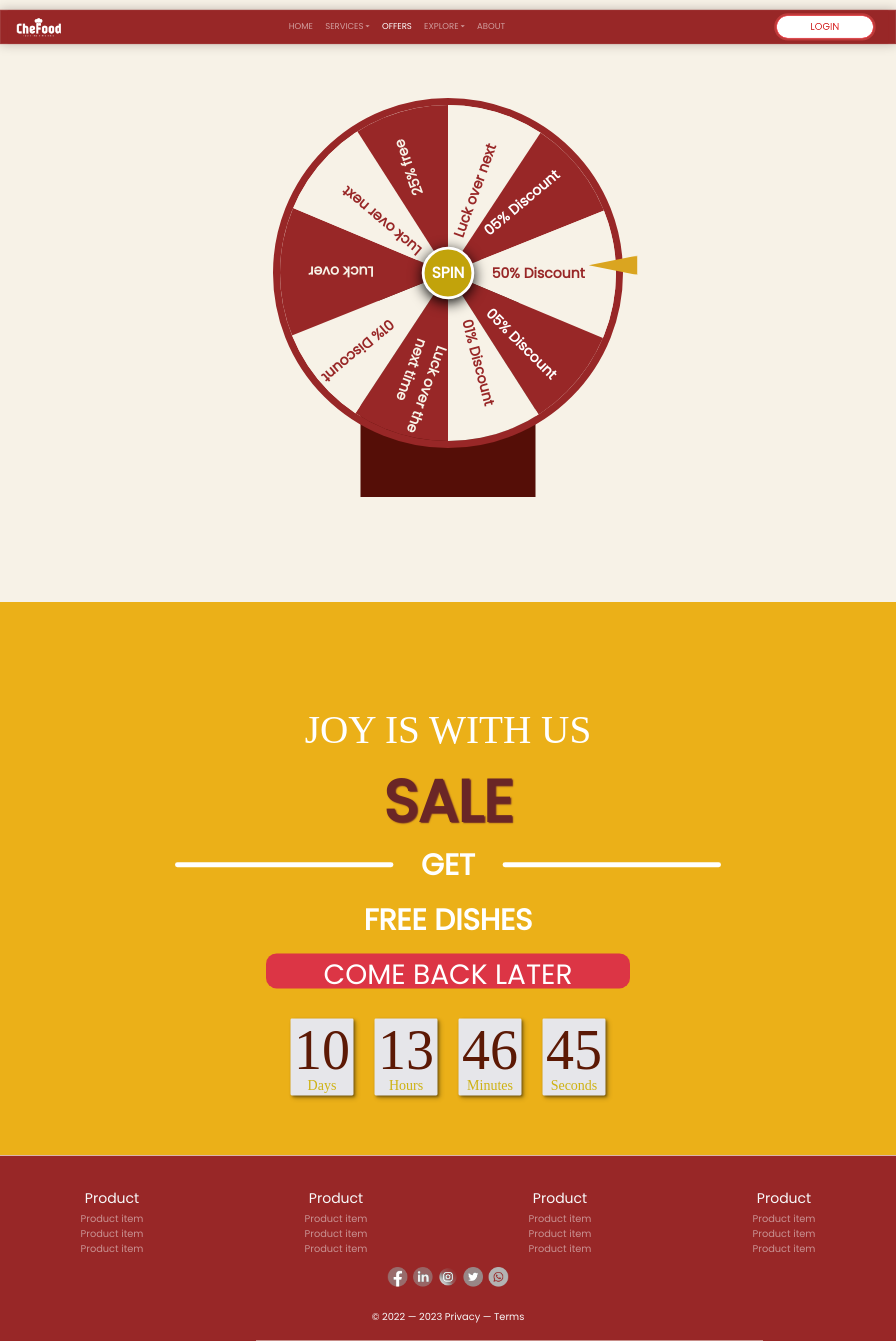
Repository: qamchamine/chefood
Page: /offers (app in front-end/)
The author's editor kept a copy of each file at every save. The page is drawn from the files as they stood at one save, then again after the next save.
The browser window is 1280 px wide. The pictures show the whole page, at 70% of full size.
The project was rebuilt for these pictures with package versions that can differ from the ones it lists, and the page was loaded fresh each time. Some packages were replaced by stand-ins written for this rebuild. Also part of the build but not shown: front-end/src/components/small_components/ButtonMain.jsx, front-end/src/components/small_components/HomeCard.jsx, front-end/src/components/small_components/HomeCardFullSection.jsx, front-end/src/components/pages/Home.jsx, front-end/src/css/explore.css, front-end/src/components/pages/sub-pages/Gallery.jsx, front-end/src/components/pages/sub-pages/Delivery.jsx, front-end/src/components/small_components/ComponentToPrint.jsx and 28 more. Imported but missing from the stored project, and not drawn on this page: front-end/src/sounds/applause.mp3, front-end/src/sounds/wheel.mp3.

Above is the page before, as saved 2023-06-18 19:47:45.

After the next save:
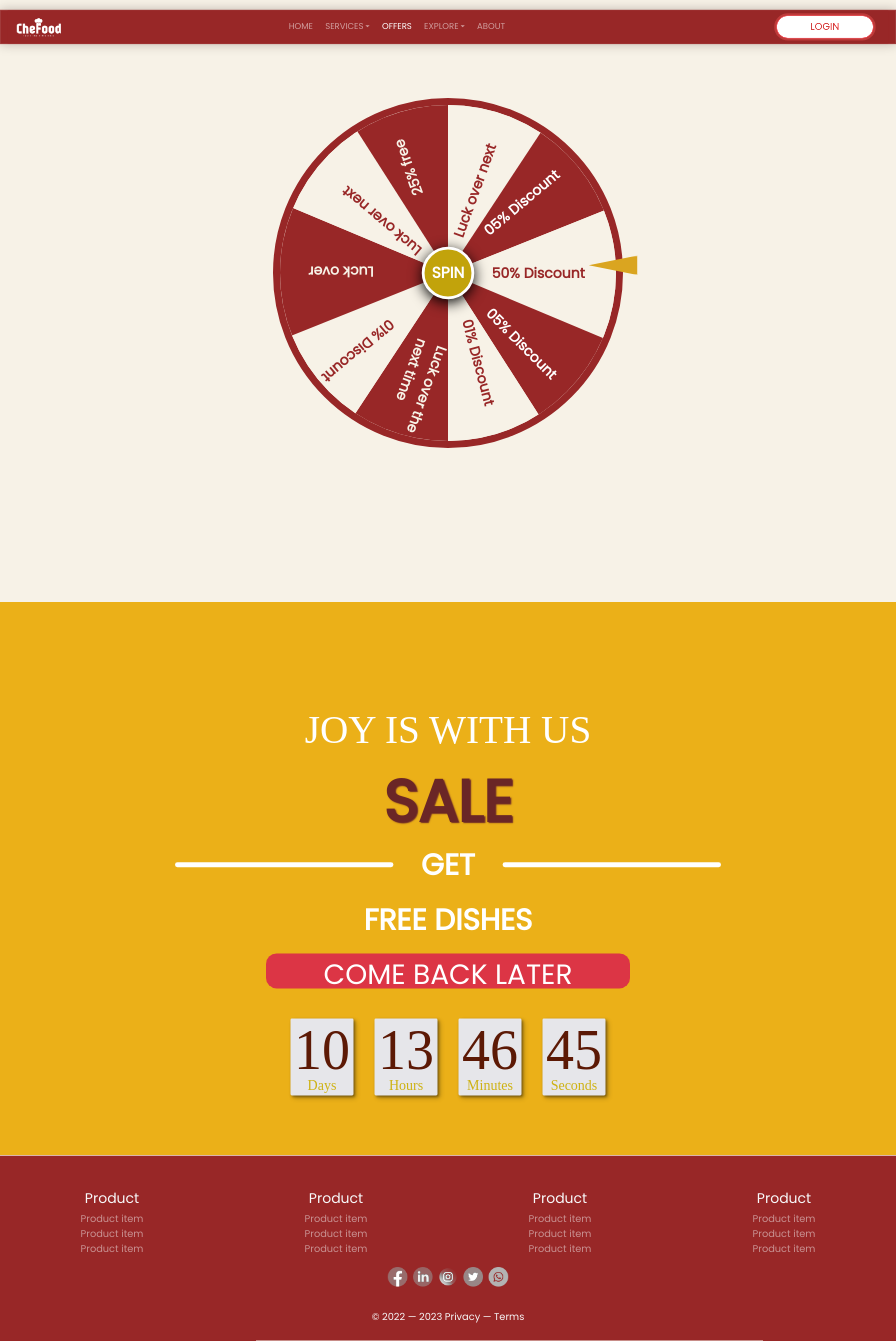
Saved 59 s later.
--- a/front-end/src/components/small_components/WheelSpin.jsx
+++ b/front-end/src/components/small_components/WheelSpin.jsx
@@ -187,7 +187,7 @@
     </div>
     <audio controls="controls" id="applause" src={applause} type="audio/mp3"></audio>
     <audio controls="controls" id="wheel" src={wheel} type="audio/mp3"></audio>
-    <div className='spinBase'></div>
+    <div className=''></div>
 
 
   </div>

After the save that followed:
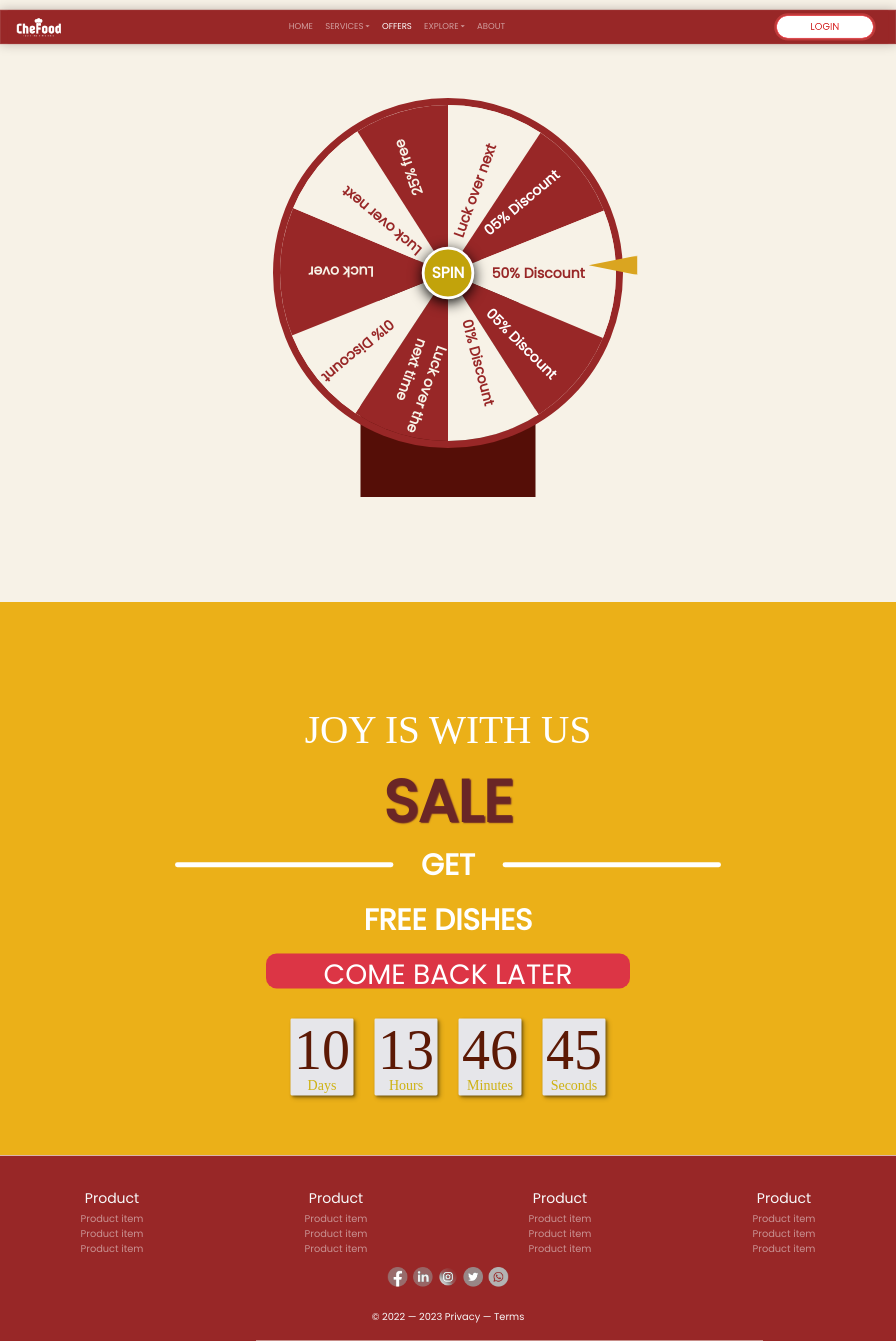
Saved 6 s later.
--- a/front-end/src/components/small_components/WheelSpin.jsx
+++ b/front-end/src/components/small_components/WheelSpin.jsx
@@ -187,7 +187,7 @@
     </div>
     <audio controls="controls" id="applause" src={applause} type="audio/mp3"></audio>
     <audio controls="controls" id="wheel" src={wheel} type="audio/mp3"></audio>
-    <div className=''></div>
+    <div className='spinBase'></div>
 
 
   </div>
